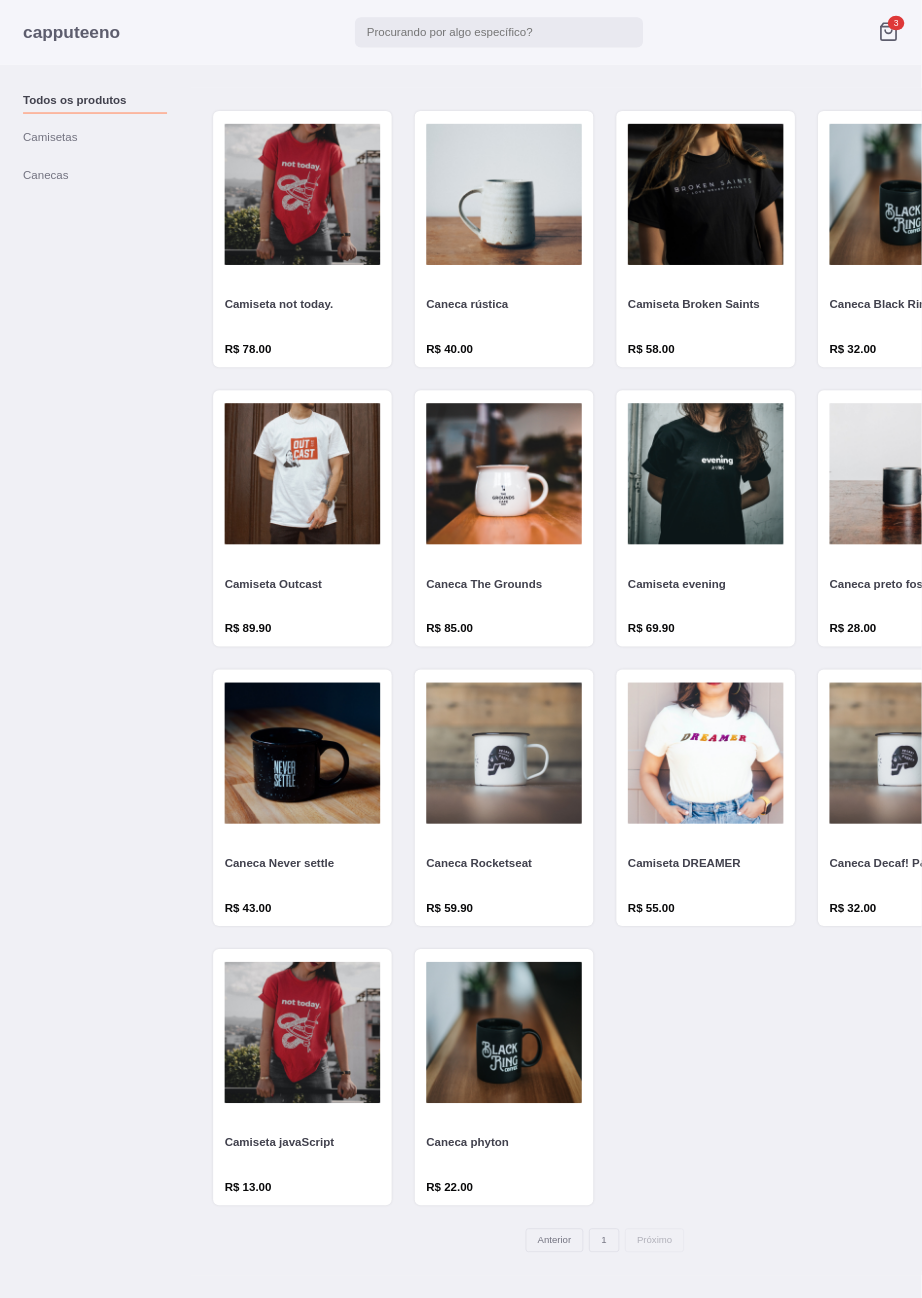
Repository: Biel-barbosa/capputeenoecomerce
Page: /
The author's editor kept a copy of each file at every save. The page is drawn from the files as they stood at one save, then again after the next save.
The browser window is 1280 px wide. The pictures show the whole page, at 72% of full size.
The project was rebuilt for these pictures with package versions that can differ from the ones it lists, and the page was loaded fresh each time. The framework's server and built-in components were replaced by stand-ins that run in the browser. Also part of the build but not shown: next.config.ts.

Above is the page before, as saved 2025-04-22 20:11:25.

After the next save:
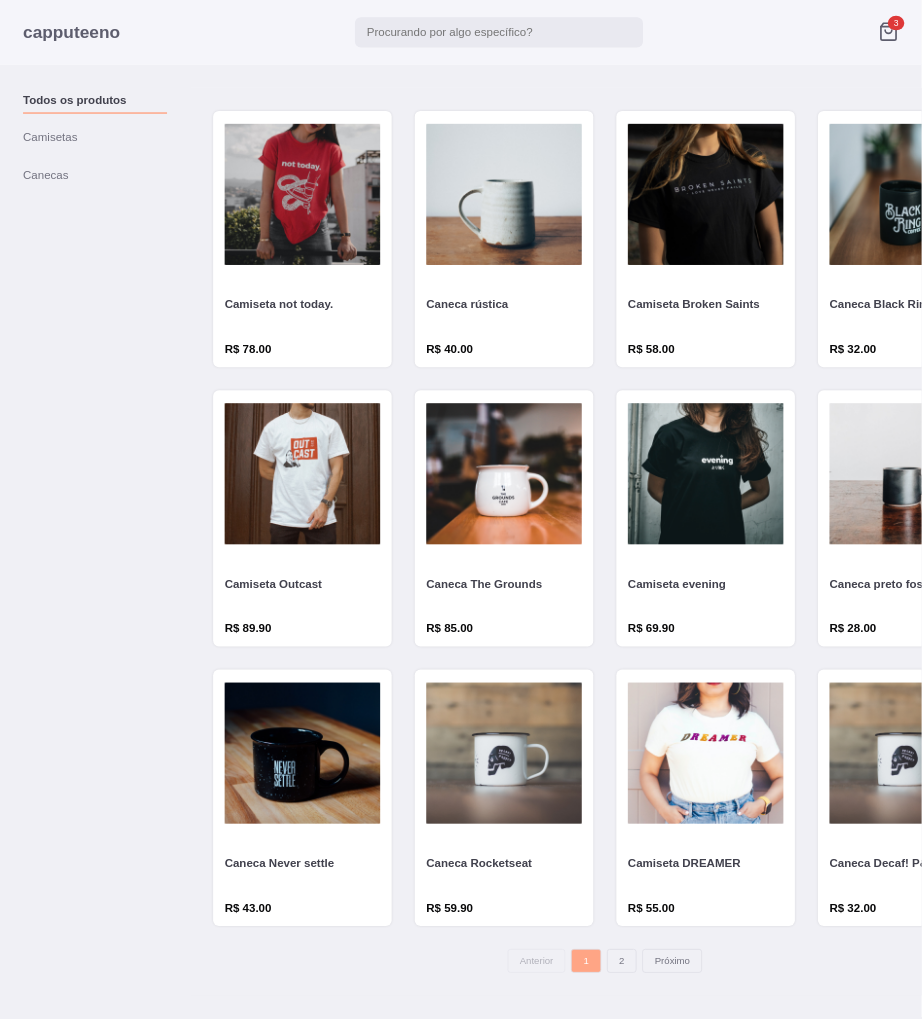
Saved 2 min 59 s later.
--- a/src/app/page.tsx
+++ b/src/app/page.tsx
@@ -12,7 +12,7 @@ const Container = styled.main`
   display: flex;
   flex-direction: column;
   gap: 2rem;
-  background-color: #f0f0f5; // Fundo do body
+  background-color: #f0f0f5;
 `;
 
 const ContentWrapper = styled.section`
@@ -29,9 +29,12 @@ const MainContent = styled.div`
   flex: 1;
 `;
 
+const PRODUCTS_PER_PAGE = 12;
+
 const HomePage = () => {
   const [selectedCategory, setSelectedCategory] = useState('all');
   const [searchTerm, setSearchTerm] = useState('');
+  const [currentPage, setCurrentPage] = useState(1);
 
   const filteredProducts = useMemo(() => {
     return allProducts.filter((product: Product) => {
@@ -44,6 +47,12 @@ const HomePage = () => {
     });
   }, [selectedCategory, searchTerm]);
 
+  const totalPages = Math.ceil(filteredProducts.length / PRODUCTS_PER_PAGE);
+  const paginatedProducts = filteredProducts.slice(
+    (currentPage - 1) * PRODUCTS_PER_PAGE,
+    currentPage * PRODUCTS_PER_PAGE
+  );
+
   return (
     <>
       <Header onSearch={setSearchTerm} />
@@ -51,10 +60,18 @@ const HomePage = () => {
         <ContentWrapper>
           <CategoryFilter
             selectedCategory={selectedCategory}
-            onSelectCategory={setSelectedCategory}
+            onSelectCategory={(category) => {
+              setSelectedCategory(category);
+              setCurrentPage(1); // Reseta para página 1 ao trocar a categoria
+            }}
           />
           <MainContent>
-            <ProductsList products={filteredProducts} />
+            <ProductsList
+              products={paginatedProducts}
+              currentPage={currentPage}
+              totalPages={totalPages}
+              onPageChange={setCurrentPage}
+            />
           </MainContent>
         </ContentWrapper>
       </Container>
